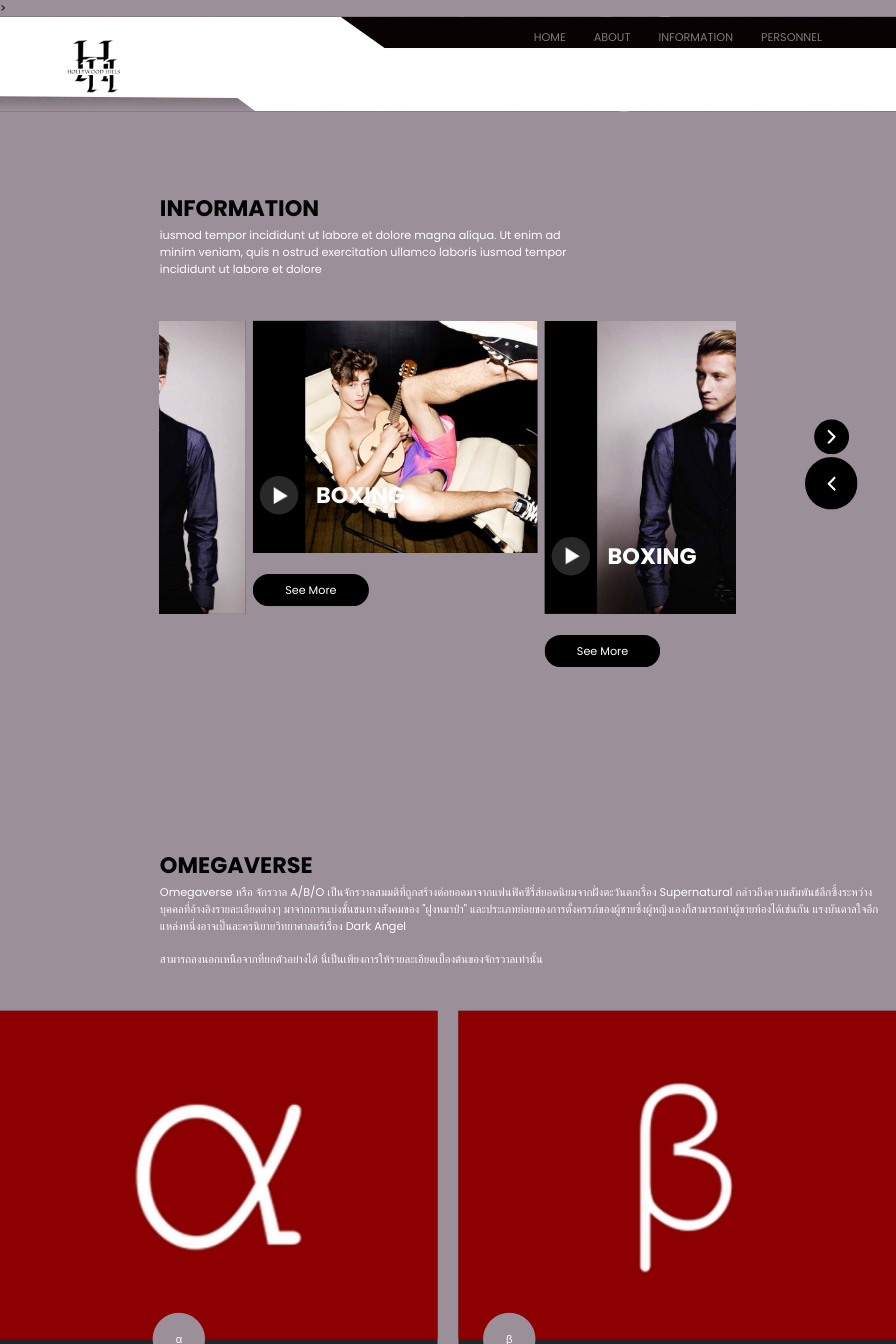
Repository: Hermesmercury88/Omega
Page: information.html
An editor plug-in stored every save of this project. The page is shown before and after the next save, followed by the edit.
The browser window is 1280 px wide. The pictures show the part of the page from y = 0 to 1920 px (the page is 5340 px tall before and 5268 px after), at 70% of full size.
Some web fonts or font styles are not loaded; a fallback is used. The style sheet was rebuilt from its Sass, Less or Tailwind sources for each picture, by a compiler version that may differ from the author's.

Above is the page before, as saved 2024-09-21 01:40:32.

After the next save:
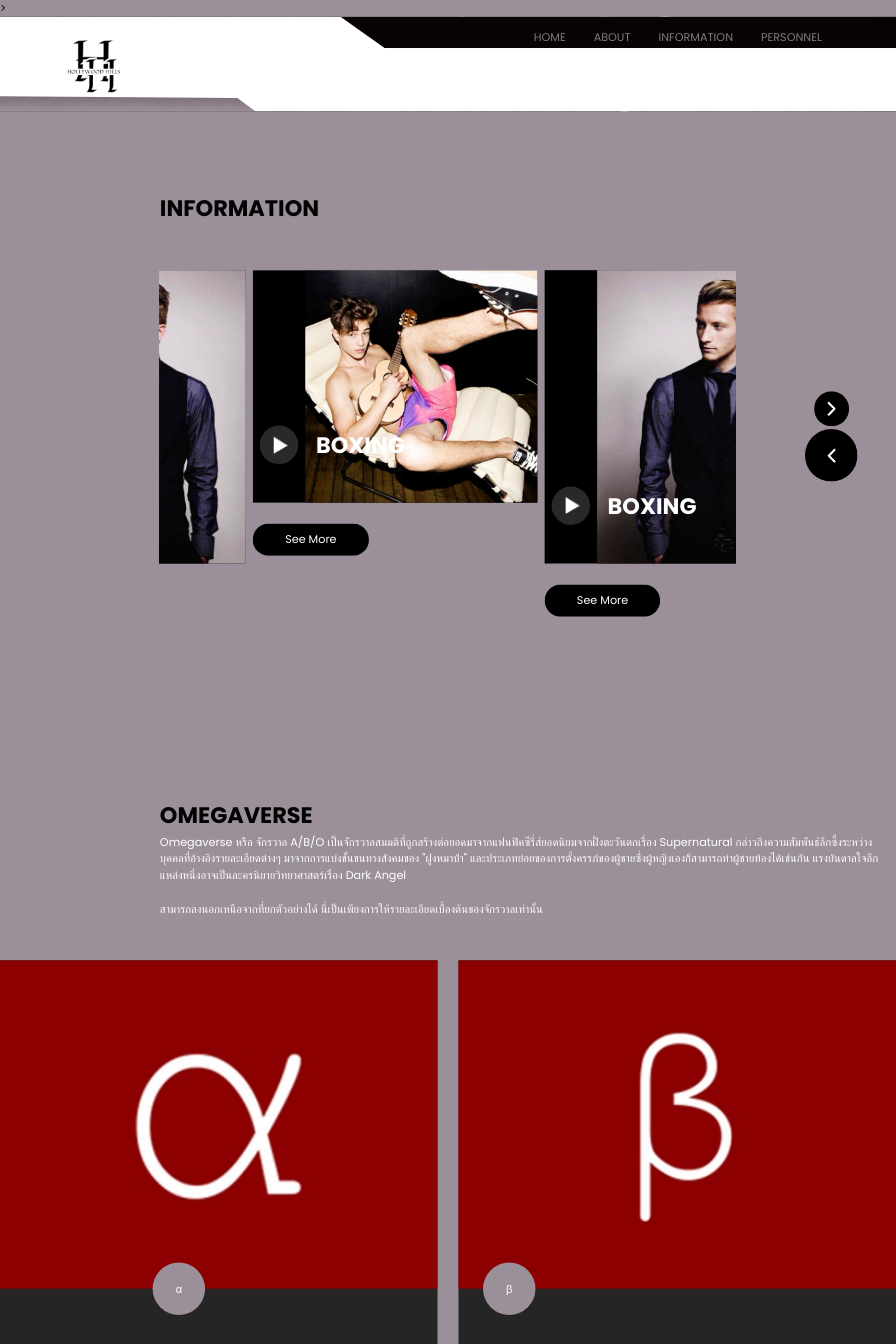
Saved 10 s later.
--- a/information.html
+++ b/information.html
@@ -96,8 +96,7 @@
                     Information
                   </h2>
                   <p>
-                    iusmod tempor incididunt ut labore et dolore magna aliqua. Ut enim ad minim veniam, quis n
-                    ostrud exercitation ullamco laboris iusmod tempor incididunt ut labore et dolore
+
                   </p>
                 </div>
               </div>
